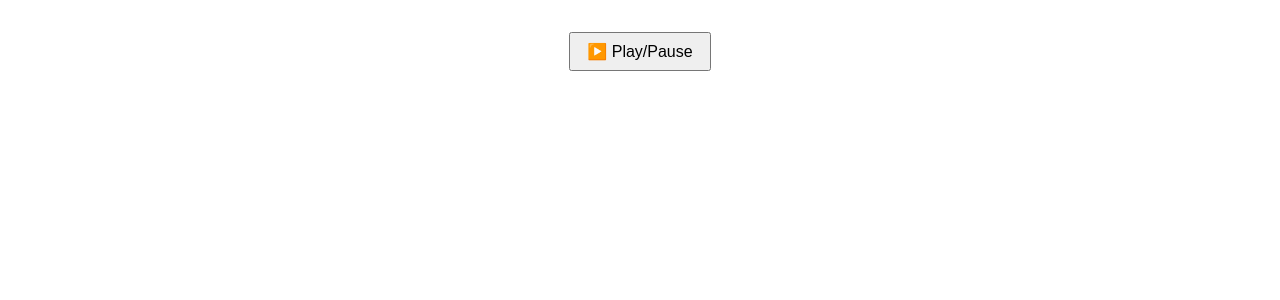
Repository: Aldentec/8-bit-Composer
Page: index.html
The author's editor kept a copy of each file at every save. The page is drawn from the files as they stood at one save, then again after the next save.
The browser window is 1280 px wide. The pictures show the whole page.
Some web libraries are served in a nearby version.

Above is the page before, as saved 2025-05-27 17:25:04.
Console error (its wording comes from the project's code and is left out).

### index.html
<!DOCTYPE html>
<html lang="en">
<head>
  <meta charset="UTF-8">
  <title>Simple 8-Bit Grid</title>
  <link rel="stylesheet" href="style.css">
</head>
<body>
  <button id="play">▶️ Play/Pause</button>
  <div id="grid"></div>

  <!-- load Tone.js -->
  <script src="node_modules/tone/build/Tone.js"></script>
  <script src="main.js"></script>
</body>
</html>

### style.css
body {
  font-family: sans-serif;
  text-align: center;
  margin: 2rem;
}
#grid {
  display: grid;
  grid-template-columns: repeat(16, 2rem);
  gap: 2px;
  margin-top: 1rem;
  justify-content: center;
}
.cell {
  width: 2rem; height: 2rem;
  background: #222;
  cursor: pointer;
}
.cell.active {
  background: #4caf50;
}
button {
  padding: 0.5rem 1rem;
  font-size: 1rem;
}

### main.js
// 1) Create a test oscillator
const testOsc = new Tone.Oscillator('square', 440).toDestination();
// 2) Wire Play button
document.getElementById('play').addEventListener('click', async () => {
  await Tone.start();                // unlock audio
  if (Tone.Transport.state === 'started') {
    Tone.Transport.stop();
  } else {
    testOsc.start();
    setTimeout(() => testOsc.stop(), 1000);
  }
});

After the next save:
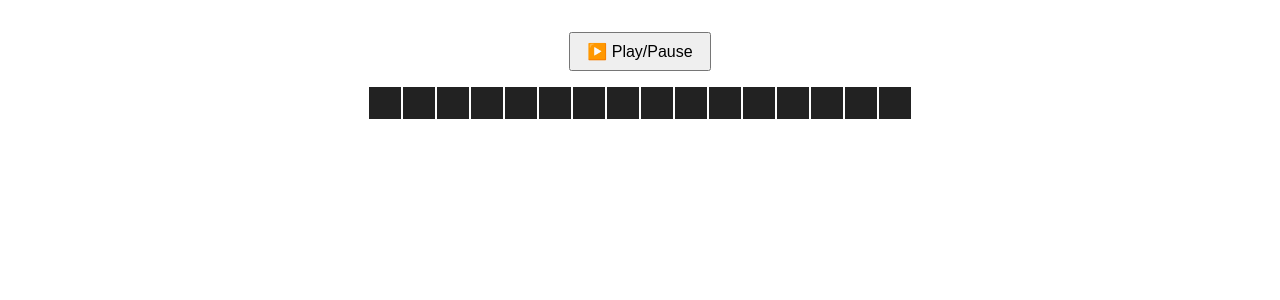
Saved 48 s later.
--- a/main.js
+++ b/main.js
@@ -1,12 +1,43 @@
-// 1) Create a test oscillator
-const testOsc = new Tone.Oscillator('square', 440).toDestination();
-// 2) Wire Play button
-document.getElementById('play').addEventListener('click', async () => {
-  await Tone.start();                // unlock audio
+// 1–5: grid setup (you should already have this)
+const STEPS = 16;
+const gridState = Array(STEPS).fill(false);
+const gridEl = document.getElementById('grid');
+for (let i = 0; i < STEPS; i++) {
+  const cell = document.createElement('div');
+  cell.className = 'cell';
+  cell.dataset.step = i;
+  cell.addEventListener('click', () => {
+    gridState[i] = !gridState[i];
+    cell.classList.toggle('active', gridState[i]);
+  });
+  gridEl.append(cell);
+}
+
+// ─── Step 6: Create your single square-wave voice ───
+const osc = new Tone.Oscillator('square', 440).toDestination();
+
+// ─── Step 7: Schedule the sequencer ───
+let cursor = 0;
+Tone.Transport.bpm.value = 120;
+Tone.Transport.scheduleRepeat((time) => {
+  if (gridState[cursor]) {
+    osc.frequency.setValueAtTime(440, time);
+    osc.start(time);
+    osc.stop(time + 0.1);
+  }
+  cursor = (cursor + 1) % STEPS;
+}, '16n');
+
+// ─── Step 8: Wire up Play/Pause ───
+const btn = document.getElementById('play');
+btn.addEventListener('click', async () => {
+  await Tone.start();            // unlock audio on first gesture
   if (Tone.Transport.state === 'started') {
     Tone.Transport.stop();
+    btn.textContent = '▶️ Play';
   } else {
-    testOsc.start();
-    setTimeout(() => testOsc.stop(), 1000);
+    cursor = 0;                  // reset to step 0
+    Tone.Transport.start();
+    btn.textContent = '⏸️ Pause';
   }
 });
